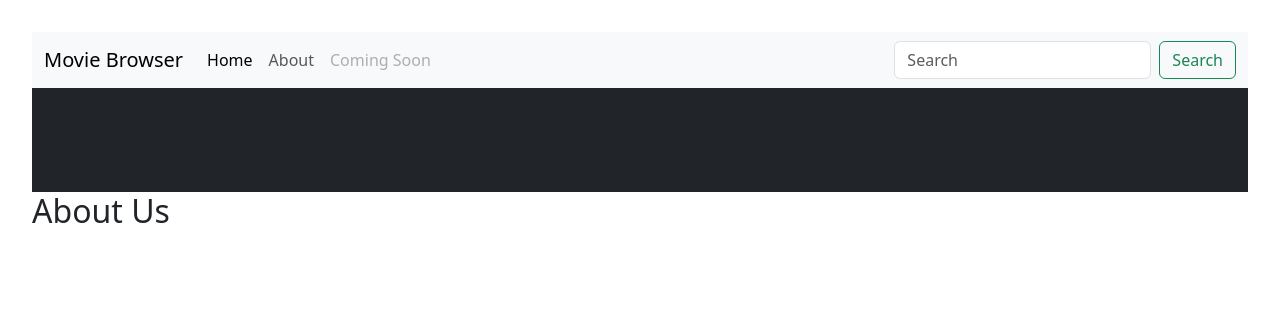
Repository: blordeus/movie-search-browser
Page: /about (app in movie-browser/)
The author's editor kept a copy of each file at every save. The page is drawn from the files as they stood at one save, then again after a run of saves.
The browser window is 1280 px wide. The pictures show the whole page.
The project was rebuilt for these pictures with package versions that can differ from the ones it lists, and the page was loaded fresh each time. Also part of the build but not shown: movie-browser/vite.config.js, movie-browser/src/components/Home.jsx.

Above is the page before, as saved 2023-09-03 15:11:05.

### movie-browser/index.html
<!doctype html>
<html lang="en">
  <head>
    <meta charset="UTF-8" />
    <link rel="icon" type="image/svg+xml" href="/vite.svg" />
    <meta name="viewport" content="width=device-width, initial-scale=1.0" />
    <link href="https://cdn.jsdelivr.net/npm/bootstrap@5.3.1/dist/css/bootstrap.min.css" rel="stylesheet" integrity="sha384-4bw+/aepP/YC94hEpVNVgiZdgIC5+VKNBQNGCHeKRQN+PtmoHDEXuppvnDJzQIu9" crossorigin="anonymous">
    <title>Movie Browser</title>
  </head>
  <body>
    <div id="root"></div>
    <script type="module" src="/src/main.jsx"></script>
  </body>
</html>

### movie-browser/src/App.jsx
import './App.css'
import Home from './components/Home';
import NavBar from './components/Navbar';
import About from './components/About';
import Hero from './components/Hero';
import { Routes, Route } from 'react-router-dom';

function App() {

  return (
    <>
      <NavBar/>
      <Routes>
        <Route path='/' element={<Home/>}/>
        <Route path='/about' element={<About/>}/>
      </Routes>
    </>
  )
}

export default App

### movie-browser/src/index.css
:root {
  font-family: Inter, system-ui, Avenir, Helvetica, Arial, sans-serif;
  line-height: 1.5;
  font-weight: 400;

  color-scheme: light dark;
  color: rgba(255, 255, 255, 0.87);

  font-synthesis: none;
  text-rendering: optimizeLegibility;
  -webkit-font-smoothing: antialiased;
  -moz-osx-font-smoothing: grayscale;
  -webkit-text-size-adjust: 100%;
}

a {
  font-weight: 500;
  color: #646cff;
  text-decoration: inherit;
}
a:hover {
  color: #535bf2;
}

body {
  margin: 0;
}

h1 {
  font-size: 3.2em;
  line-height: 1.1;
}

button {
  border-radius: 8px;
  border: 1px solid transparent;
  padding: 0.6em 1.2em;
  font-size: 1em;
  font-weight: 500;
  font-family: inherit;
  background-color: #1a1a1a;
  cursor: pointer;
  transition: border-color 0.25s;
}
button:hover {
  border-color: #646cff;
}
button:focus,
button:focus-visible {
  outline: 4px auto -webkit-focus-ring-color;
}

@media (prefers-color-scheme: light) {
  :root {
    color: #213547;
    background-color: #ffffff;
  }
  a:hover {
    color: #747bff;
  }
  button {
    background-color: #f9f9f9;
  }
}

### movie-browser/src/components/Navbar.jsx
import { Link } from "react-router-dom";
const Navbar = () => (
  <nav className="navbar navbar-expand-lg bg-body-tertiary">
    <div className="container-fluid">
      <Link className="navbar-brand" to="/">Movie Browser</Link>
      <button className="navbar-toggler" type="button" data-bs-toggle="collapse" data-bs-target="#navbarSupportedContent" aria-controls="navbarSupportedContent" aria-expanded="false" aria-label="Toggle navigation">
        <span className="navbar-toggler-icon"></span>
      </button>
      <div className="collapse navbar-collapse" id="navbarSupportedContent">
        <ul className="navbar-nav me-auto mb-2 mb-lg-0">
          <li className="nav-item">
            <Link className="nav-link active" aria-current="page" to="/">Home</Link>
          </li>
          <li className="nav-item">
            <Link className="nav-link" to="/about">About</Link>
          </li>
          <li className="nav-item">
            <Link className="nav-link disabled" aria-disabled="true">Coming Soon</Link>
          </li>
        </ul>
        <form className="d-flex" role="search">
          <input className="form-control me-2" type="search" placeholder="Search" aria-label="Search"/>
          <button className="btn btn-outline-success" type="submit">Search</button>
        </form>
      </div>
    </div>
  </nav>
);

export default Navbar;

### movie-browser/src/components/About.jsx
import Hero from "./Hero";

const About = () => {
    return (
      <div>
        <Hero/>
        <h2>About Us</h2>
      </div>
    )
  }

export default About;

### movie-browser/src/components/Hero.jsx
const Hero = ({text}) => {
    return (
        <header className="bg-dark text-white p-5">
            <h1>{text}</h1>
        </header>
    );
}

export default Hero;

Loaded but not shown: movie-browser/src/main.jsx (common file); movie-browser/src/App.css (common file)

After the next 2 saves:
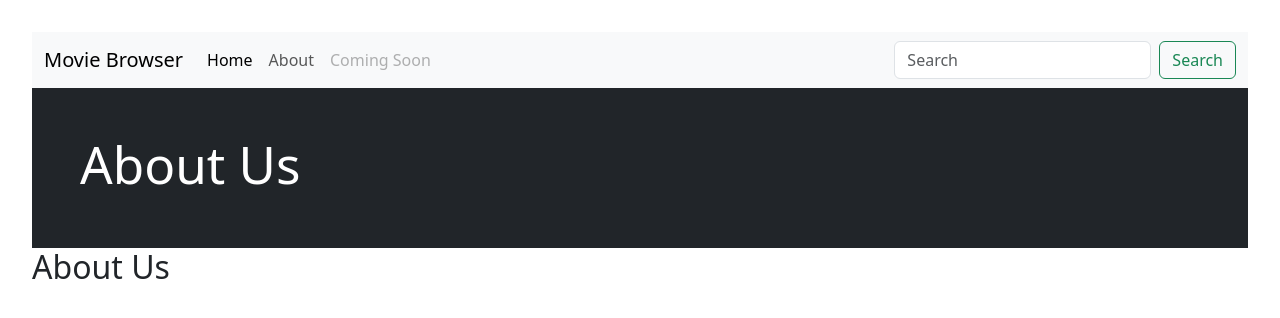
The 2 saves are shown as one change because they came seconds apart.
The last was saved 22 s later.
--- a/movie-browser/src/components/About.jsx
+++ b/movie-browser/src/components/About.jsx
@@ -3,7 +3,7 @@
 const About = () => {
     return (
       <div>
-        <Hero/>
+        <Hero text="About Us"/>
         <h2>About Us</h2>
       </div>
     )
